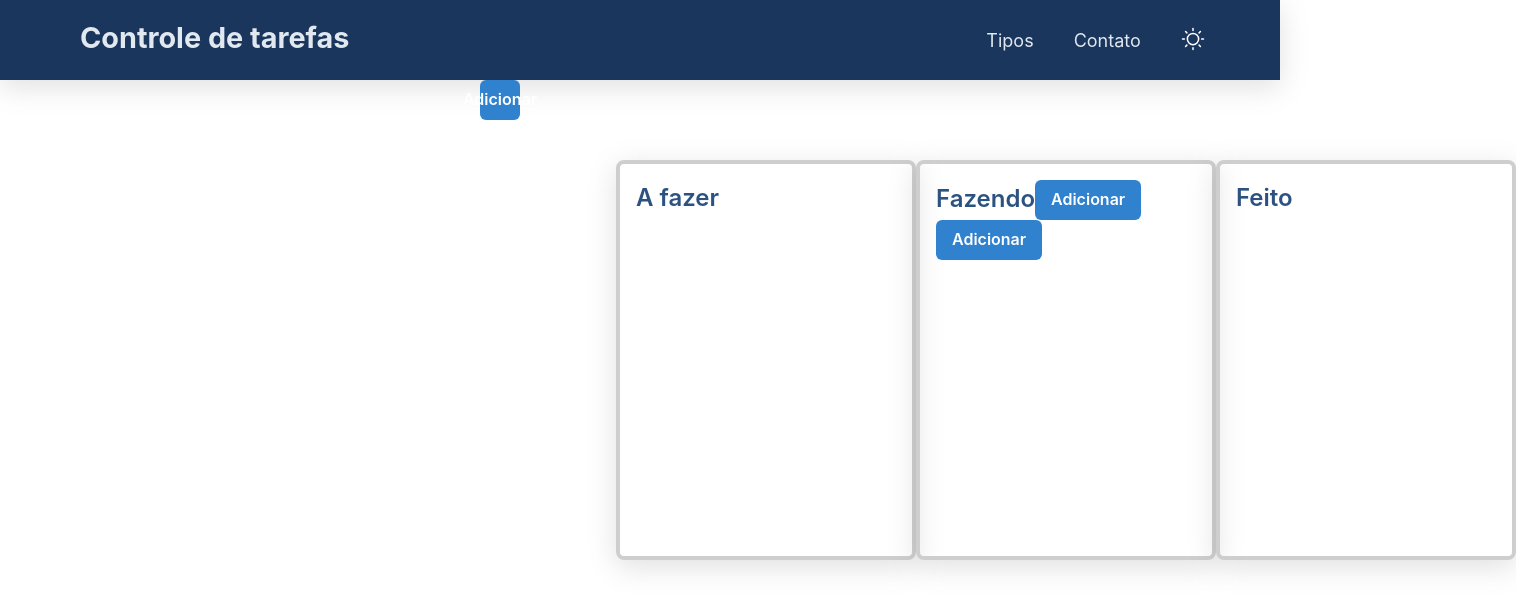
Repository: leosulzbach/Hackaton-Relampago
Page: /home (app in Front/)
These files come from the project's save history. The page is drawn as it stood at one moment and after the next save; the edit follows.
The browser window is 1280 px wide. The page is 1516 px wide, then 1280 px, so the pictures cover 1516 px, including what lies to the right of the window. The pictures show the whole page.
The page's requests for data from a server got no answer. The project was rebuilt for these pictures with package versions that can differ from the ones it lists, and the page was loaded fresh each time. No one was signed in, and anything a server would have sent is missing. Also part of the build but not shown: Front/vite.config.ts.

Above is the page before, as saved 2022-11-07 16:20:47.

### Front/src/App.tsx
import { ChakraProvider, theme } from "@chakra-ui/react"
import { BrowserRouter } from "react-router-dom"
import { Router } from "./Routes/Router"



function App() {
  return(
    <ChakraProvider theme={theme}>
    <BrowserRouter>
      <Router />
    </BrowserRouter>
  </ChakraProvider>
  )
}

export default App

### Front/src/Routes/Router.tsx
import { Routes, Route } from "react-router-dom";
import { Home } from "../Pages/home";


export function Router() {
  return (
    <Routes>
      <Route path="/home" element={<Home />} />
     </Routes>
  );
}

### Front/src/Pages/home.tsx
import { Box, Button, Flex, Grid, Text } from '@chakra-ui/react'
import axios from 'axios';
import { CalendarPlus } from 'phosphor-react';
import { useEffect, useState } from 'react';
import { Header } from '../Components/Header'


export interface Cadastro {
    id: number;
    descricao: string;
    situacao: string;
    data_vencimento: string;
    prioridade: string;
    email: string

}

export const Home = () => {

        const [CadastroList, setCadastroList] = useState<Cadastro[]>([]);
        const [CadastroFilter, setCadastroFilter] = useState<Cadastro[]>(CadastroList);


        useEffect(() => {
            axios.get<Cadastro[]>("http://localhost:3000/tarefas").then((response) => {
                setCadastroList(response.data);
            });
        }, []);


        const [tarefa, settarefa] = useState<any>();




        useEffect(() => {


            setCadastroFilter(

                CadastroList);
        }, [CadastroList])


    return (
        <Flex>
            <Header />

         <Button
          colorScheme='blue'
          mt={"5rem"}
          ml={"30rem"}
          >Adicionar</Button>

            <Grid
                templateColumns='repeat(3, 1fr)'
                ml={"6rem"}
                mt={"10rem"}
                alignItems={"center"}
                width='100%'
                height="100%"
            >
                <Box
                    border={"4px solid #cecece"}
                    boxShadow={"rgba(100, 100, 111, 0.2) 0px 7px 29px 0px"}
                    borderRadius={8}
                    w={"300px"}
                    h={"400px"}
                >
                    <Text
                        p={"1rem"}
                        fontSize={"1.5rem"}
                        fontWeight={"semibold"}
                        color={"blue.700"}
                    >A fazer</Text>

                </Box>
                <Box
                    border={"4px solid #cecece"}
                    boxShadow={"rgba(100, 100, 111, 0.2) 0px 7px 29px 0px"}
                    borderRadius={8}
                    w={"300px"}
                    h={"400px"}>
                    <Text
                        p={"1rem"}
                        fontSize={"1.5rem"}
                        fontWeight={"semibold"}
                        color={"blue.700"}
                    >Fazendo
                     <Button colorScheme='blue'>Adicionar</Button>
                     <Button colorScheme='blue'>Adicionar</Button></Text>
                </Box>
                <Box
                    border={"4px solid #cecece"}
                    boxShadow={"rgba(100, 100, 111, 0.2) 0px 7px 29px 0px"}
                    borderRadius={8}
                    w={"300px"}
                    h={"400px"}>
                    <Text
                        p={"1rem"}
                        fontSize={"1.5rem"}
                        fontWeight={"semibold"}
                        color={"blue.700"}
                    >Feito</Text>
                </Box>

            </Grid>
        </Flex>
    )

}

### Front/src/Components/Header.tsx
import { Box, Flex, Input, Link, Text } from "@chakra-ui/react";
import { Sun } from "phosphor-react";



export const Header = () => {
    return (
        <Flex

            as="header"
            w="100%"
            h="20"
            justify="space-between"

            borderBottomWidth={1}
            borderColor="blue.900"
            bg="blue.900"
            position={"fixed"}
            boxShadow="rgba(100, 100, 111, 0.2) 0px 7px 29px 0px"
        >
            <Flex
                p="1rem"
                justify="flex-start"
                ml="4rem"
            >
                <Text
                    fontSize="1.8rem"
                    fontWeight="bold"
                    color="gray.200"
                >
                    Controle de tarefas
                </Text>
            </Flex>
            <Flex
                p="1.7rem"
                mr="3rem"
                justify="flex-end"
                gap={10}
            >

                <Link

                    href="/sobre"
                    color="gray.200"
                    fontSize={18}
                    _hover={{
                        borderBottom: '4px solid  blue', transition: 'all 0.3s ease-out', transform: 'translate(-11px, 0px)'
                    }}
                >
                    Tipos
                </Link>
                <Link
                    href="/contato"
                    color="gray.200"
                    fontSize={18}
                    _hover={{
                        borderBottom: '4px solid  blue', transition: 'all 0.3s ease-out', transform: 'translate(-11px, 0px)'
                    }}

                >
                    Contato
                </Link>
                <Sun size={24} color={"white"} />
            </Flex>



        </Flex>
    );
}

Loaded but not shown: Front/index.html (common file); Front/src/main.tsx (common file)

After the next save:
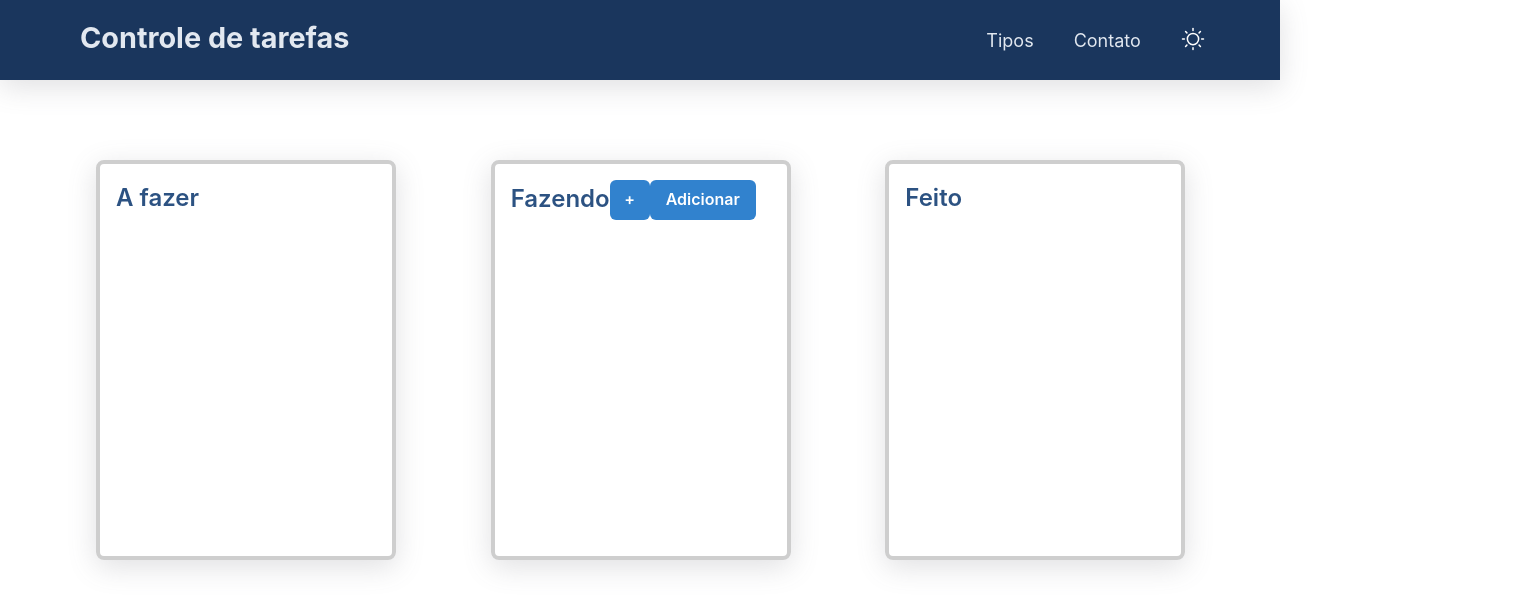
Saved 54 s later.
--- a/Front/src/Pages/home.tsx
+++ b/Front/src/Pages/home.tsx
@@ -46,11 +46,6 @@ export const Home = () => {
         <Flex>
             <Header />
 
-         <Button
-          colorScheme='blue'
-          mt={"5rem"}
-          ml={"30rem"}
-          >Adicionar</Button>
 
             <Grid
                 templateColumns='repeat(3, 1fr)'
@@ -87,7 +82,10 @@ export const Home = () => {
                         fontWeight={"semibold"}
                         color={"blue.700"}
                     >Fazendo
-                     <Button colorScheme='blue'>Adicionar</Button>
+                     <Button
+                      colorScheme='blue'
+                      w={"2rem"}
+                       >+</Button>
                      <Button colorScheme='blue'>Adicionar</Button></Text>
                 </Box>
                 <Box
